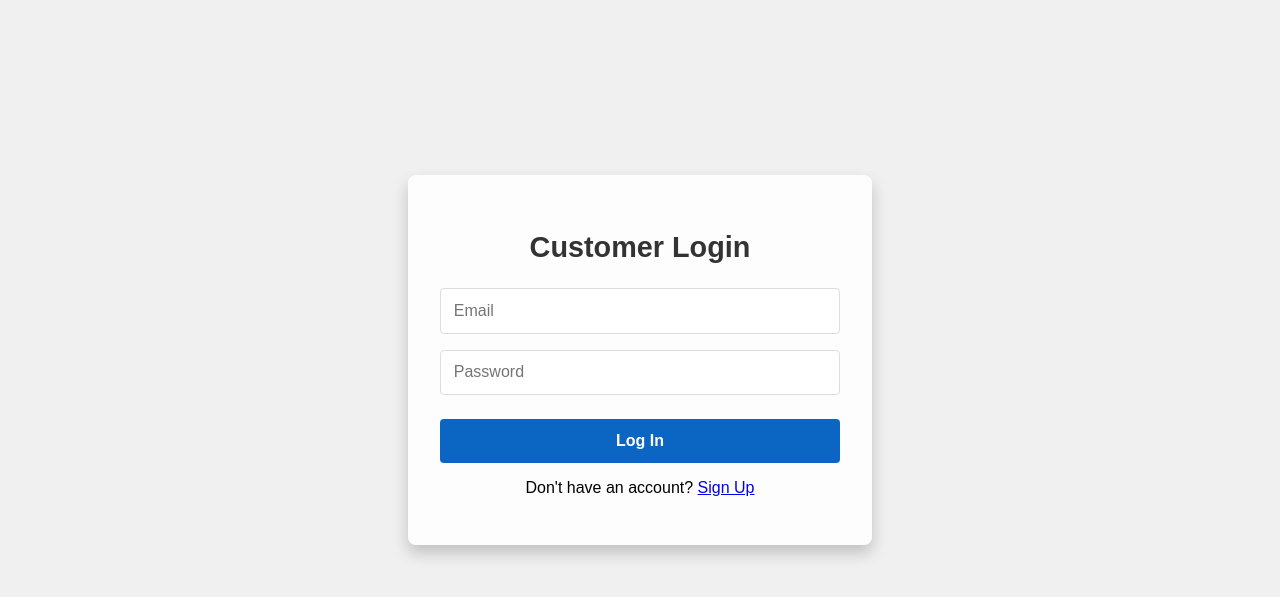
Repository: hamsaram14/dummy4
Page: / (app in frontend1/)
These files come from the project's save history. The page is drawn as it stood at one moment and after the next save; the edit follows.
The browser window is 1280 px wide. The pictures show the whole page.
The project was rebuilt for these pictures with package versions that can differ from the ones it lists, and the page was loaded fresh each time. Also part of the build but not shown: frontend1/src/components/SignUpComponent.js.

Above is the page before, as saved 2024-10-11 13:54:44.

After the next save:
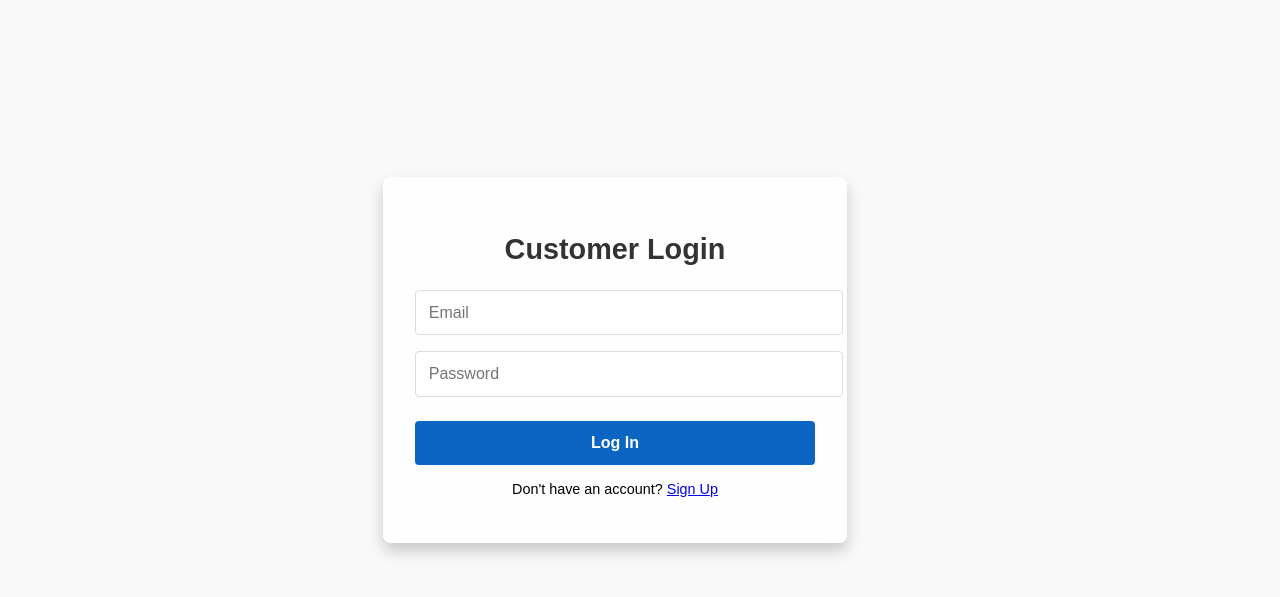
Saved 78 s later.
--- a/frontend1/src/components/LoginComponent.css
+++ b/frontend1/src/components/LoginComponent.css
@@ -1,32 +1,26 @@
 /* LoginComponent.css */
 
-/* Reset margins and padding for body and html */
-body, html {
+body {
     margin: 0;
-    padding: 0;
-    width: 100%;
-    height: 100%;
     font-family: Arial, sans-serif;
     display: flex;
     justify-content: center;
     align-items: center;
-    background-color: #f0f0f0;
+    min-height: 100vh;
+    background-color: #f9f9f9;
 }
 
-/* Background container that fills the viewport */
 .login-container {
-    position: relative;
-    width: 100%;
-    height: 100vh;
-    background-image: url('http://localhost:3000/mainpage1.jpg'); /* Ensure this image path is correct */
-    background-size: cover;
-    background-position: center;
     display: flex;
     justify-content: flex-end;
     align-items: center;
+    min-height: 100vh;
+    background-image: url('/mainpage1.jpg'); /* Adjust the path if needed */
+    background-size: cover;
+    background-position: center;
+    background-repeat: no-repeat;
 }
 
-/* Login box styling */
 .login-box {
     background-color: rgba(255, 255, 255, 0.9);
     padding: 2rem;
@@ -34,18 +28,16 @@
     box-shadow: 0px 8px 16px rgba(0, 0, 0, 0.2);
     text-align: center;
     max-width: 400px;
-    width: 90%; /* Adjust width for responsive behavior */
-    margin-right: 5%; /* Space from the right edge */
+    width: 100%;
+    margin-right: 50px; /* Adjust this for spacing from the right side */
 }
 
-/* Heading style */
 .login-box h2 {
     font-size: 1.8rem;
     margin-bottom: 1rem;
     color: #333;
 }
 
-/* Input field styling */
 .login-box input {
     width: 100%;
     padding: 0.8rem;
@@ -53,10 +45,8 @@
     border: 1px solid #ddd;
     border-radius: 4px;
     font-size: 1rem;
-    box-sizing: border-box;
 }
 
-/* Button styling */
 .login-box button {
     width: 100%;
     padding: 0.8rem;
@@ -75,19 +65,13 @@
     background-color: #084298;
 }
 
-/* Sign-up prompt below the button */
-.login-box .login-prompt {
+.message {
     margin-top: 1rem;
     font-size: 0.9rem;
-    color: #333;
+    color: #e74c3c;
 }
 
-.login-box .login-prompt a {
-    color: #0a66c2;
-    text-decoration: none;
-    font-weight: bold;
+.login-box .signup-prompt {
+    margin-top: 1rem;
+    font-size: 0.9rem;
 }
-
-.login-box .login-prompt a:hover {
-    text-decoration: underline;
-}
